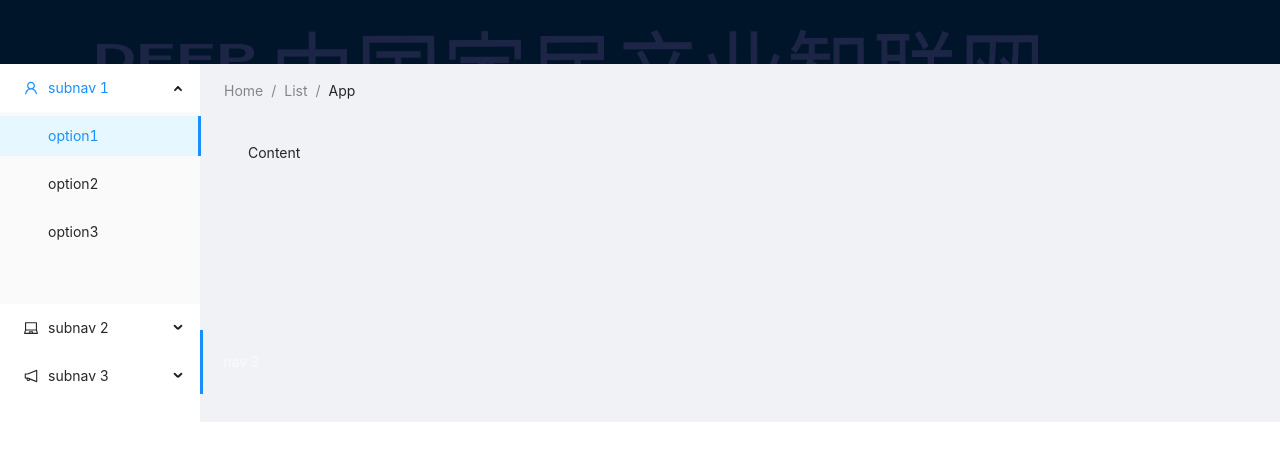
Repository: Vsran/management
Page: /main
The author's editor kept a copy of each file at every save. The page is drawn from the files as they stood at one save, then again after the next save.
The browser window is 1280 px wide. The pictures show the whole page.
The project was rebuilt for these pictures with package versions that can differ from the ones it lists, and the page was loaded fresh each time. Also part of the build but not shown: src/pages/login.js, src/pages/register/index.js, src/components/layout/userLayout.scss.

Above is the page before, as saved 2021-02-19 14:20:49.

### public/index.html
<!DOCTYPE html>
<html lang="en">
  <head>
    <meta charset="utf-8" />
    <link rel="icon" href="%PUBLIC_URL%/favicon.ico" />
    <meta name="viewport" content="width=device-width, initial-scale=1" />
    <meta name="theme-color" content="#000000" />
    <meta
      name="description"
      content="Web site created using create-react-app"
    />
    <link rel="apple-touch-icon" href="%PUBLIC_URL%/logo192.png" />
    <!--
      manifest.json provides metadata used when your web app is installed on a
      user's mobile device or desktop. See https://developers.google.com/web/fundamentals/web-app-manifest/
    -->
    <link rel="manifest" href="%PUBLIC_URL%/manifest.json" />
    <!--
      Notice the use of %PUBLIC_URL% in the tags above.
      It will be replaced with the URL of the `public` folder during the build.
      Only files inside the `public` folder can be referenced from the HTML.

      Unlike "/favicon.ico" or "favicon.ico", "%PUBLIC_URL%/favicon.ico" will
      work correctly both with client-side routing and a non-root public URL.
      Learn how to configure a non-root public URL by running `npm run build`.
    -->
    <title>management</title>
  </head>
  <body>
    <noscript>You need to enable JavaScript to run this app.</noscript>
    <div id="root"></div>
    <!--
      This HTML file is a template.
      If you open it directly in the browser, you will see an empty page.

      You can add webfonts, meta tags, or analytics to this file.
      The build step will place the bundled scripts into the <body> tag.

      To begin the development, run `npm start` or `yarn start`.
      To create a production bundle, use `npm run build` or `yarn build`.
    -->
  </body>
</html>

### src/index.js
import React from "react";
import ReactDOM from "react-dom";
import reportWebVitals from "./reportWebVitals";
import App from "./App";
import { Provider } from "react-redux";
import { store } from './redux/store';

ReactDOM.render(
  <React.StrictMode>
    <Provider store={store}>
      <App />
    </Provider>
  </React.StrictMode>,
  document.getElementById("root")
);

// If you want to start measuring performance in your app, pass a function
// to log results (for example: reportWebVitals(console.log))
// or send to an analytics endpoint. Learn more: https://bit.ly/CRA-vitals
reportWebVitals();

### src/App.js
import {
  BrowserRouter as Router,
  Switch,
  Route,
} from 'react-router-dom';
import LogIn from "./pages/login";
import Register from "./pages/register";

import "antd/dist/antd.css";
import { renderRoute } from 'react-router-config';
import UserLayOut from './components/layout/userLayout';

function Authorized() {

}
const routes = [
  {
    component: () => <div>Root</div>,
    routes: [
      {
        path: '/',
        label: '首页',
        exact: true,
        component: () => <div>home</div>
      },

    ]
  }
]

export default function App() {
  return (
    <Router>
      <Switch>
        <Route path='/register'>
          <Register/>
        </Route>
        <Route path='/login'>
          <LogIn />
        </Route>
        <Route path='/main'>
         <UserLayOut/>
        </Route>
      </Switch>
    </Router>
  );
}

### src/redux/store.js
import { createStore, applyMiddleware } from "redux";
import logger from "redux-logger";
import { logReducer } from "./reducer";

export let store = createStore(logReducer, applyMiddleware(logger));

### src/components/layout/userLayout.js
import { Layout, Menu, Breadcrumb } from 'antd';
import { UserOutlined, LaptopOutlined, NotificationOutlined } from '@ant-design/icons';
import { Link } from 'react-router-dom';
import icon from '../../imgs/icon.svg';
import './userLayout.scss';
const { SubMenu } = Menu;
const { Header, Content, Sider } = Layout;
export default () =>(
  <Layout>
    <Header className="header">
      <div className="logo" />
      <img src={icon}/>
      <Menu theme="dark" mode="horizontal" defaultSelectedKeys={['2']}>
        <Menu.Item key="1">nav 1</Menu.Item>
        <Menu.Item key="2">nav 2</Menu.Item>
        <Menu.Item key="3">nav 3</Menu.Item>
      </Menu>
    </Header>
    <Layout>
      <Sider width={200} className="site-layout-background">
        <Menu
          mode="inline"
          defaultSelectedKeys={['1']}
          defaultOpenKeys={['sub1']}
          style={{ height: '100%', borderRight: 0 }}
        >
          <SubMenu key="sub1" icon={<UserOutlined />} title="subnav 1">
            <Menu.Item key="1"><Link to='/main/sub1/option1'>option1</Link></Menu.Item>
            <Menu.Item key="2"><Link to='/main/sub1/option2'>option2</Link></Menu.Item>
            <Menu.Item key="3"><Link to='/main/sub1/option3'>option3</Link></Menu.Item>
            <Menu.Item key="4"><Link to='/main/sub1/option4'></Link></Menu.Item>
          </SubMenu>
          <SubMenu key="sub2" icon={<LaptopOutlined />} title="subnav 2">
            <Menu.Item key="5"><Link to='/main/sub2/option5'>option5</Link></Menu.Item>
            <Menu.Item key="6">option6</Menu.Item>
            <Menu.Item key="7">option7</Menu.Item>
            <Menu.Item key="8">option8</Menu.Item>
          </SubMenu>
          <SubMenu key="sub3" icon={<NotificationOutlined />} title="subnav 3">
            <Menu.Item key="9">option9</Menu.Item>
            <Menu.Item key="10">option10</Menu.Item>
            <Menu.Item key="11">option11</Menu.Item>
            <Menu.Item key="12">option12</Menu.Item>
          </SubMenu>
        </Menu>
      </Sider>
      <Layout style={{ padding: '0 24px 24px' }}>
        <Breadcrumb style={{ margin: '16px 0' }}>
          <Breadcrumb.Item>Home</Breadcrumb.Item>
          <Breadcrumb.Item>List</Breadcrumb.Item>
          <Breadcrumb.Item>App</Breadcrumb.Item>
        </Breadcrumb>
        <Content
          className="site-layout-background"
          style={{
            padding: 24,
            margin: 0,
            minHeight: 280,
          }}
        >
          Content
        </Content>
      </Layout>
    </Layout>
  </Layout>
);

### src/redux/reducer.js
export function logReducer(state = { logged: false }, action) {
  switch (action.type) {
    case "logIn":
      return { logged: true };
    case "logOut":
      return { logged: false };
    default:
      return state;
  }
}

Loaded but not shown: src/reportWebVitals.js (common file); src/pages/register/index.scss (no stored copy; drawn as an empty file)

After the next save:
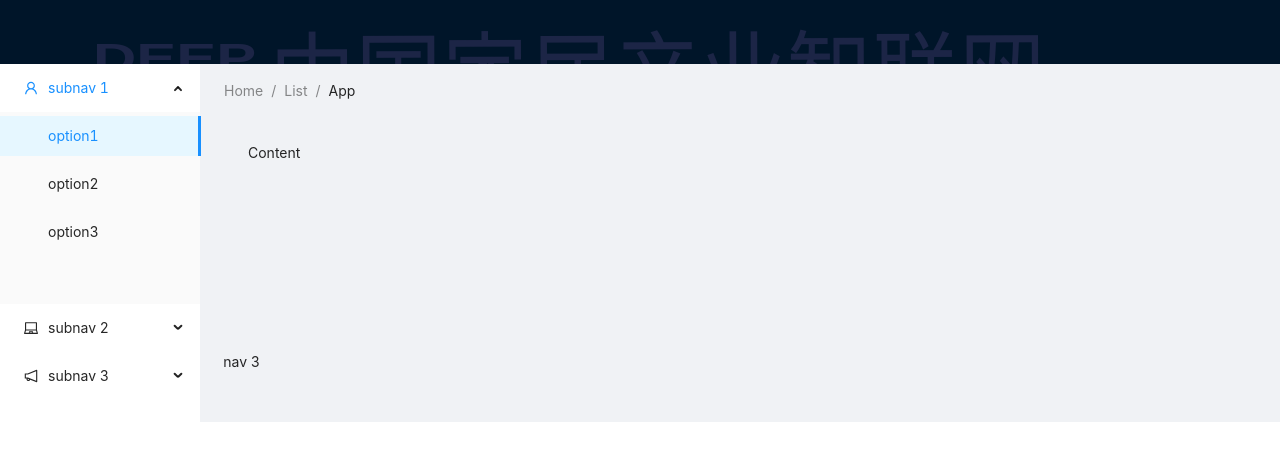
Saved 18 s later.
--- a/src/components/layout/userLayout.js
+++ b/src/components/layout/userLayout.js
@@ -10,7 +10,7 @@
     <Header className="header">
       <div className="logo" />
       <img src={icon}/>
-      <Menu theme="dark" mode="horizontal" defaultSelectedKeys={['2']}>
+      <Menu theme="light" mode="horizontal" defaultSelectedKeys={['2']}>
         <Menu.Item key="1">nav 1</Menu.Item>
         <Menu.Item key="2">nav 2</Menu.Item>
         <Menu.Item key="3">nav 3</Menu.Item>
